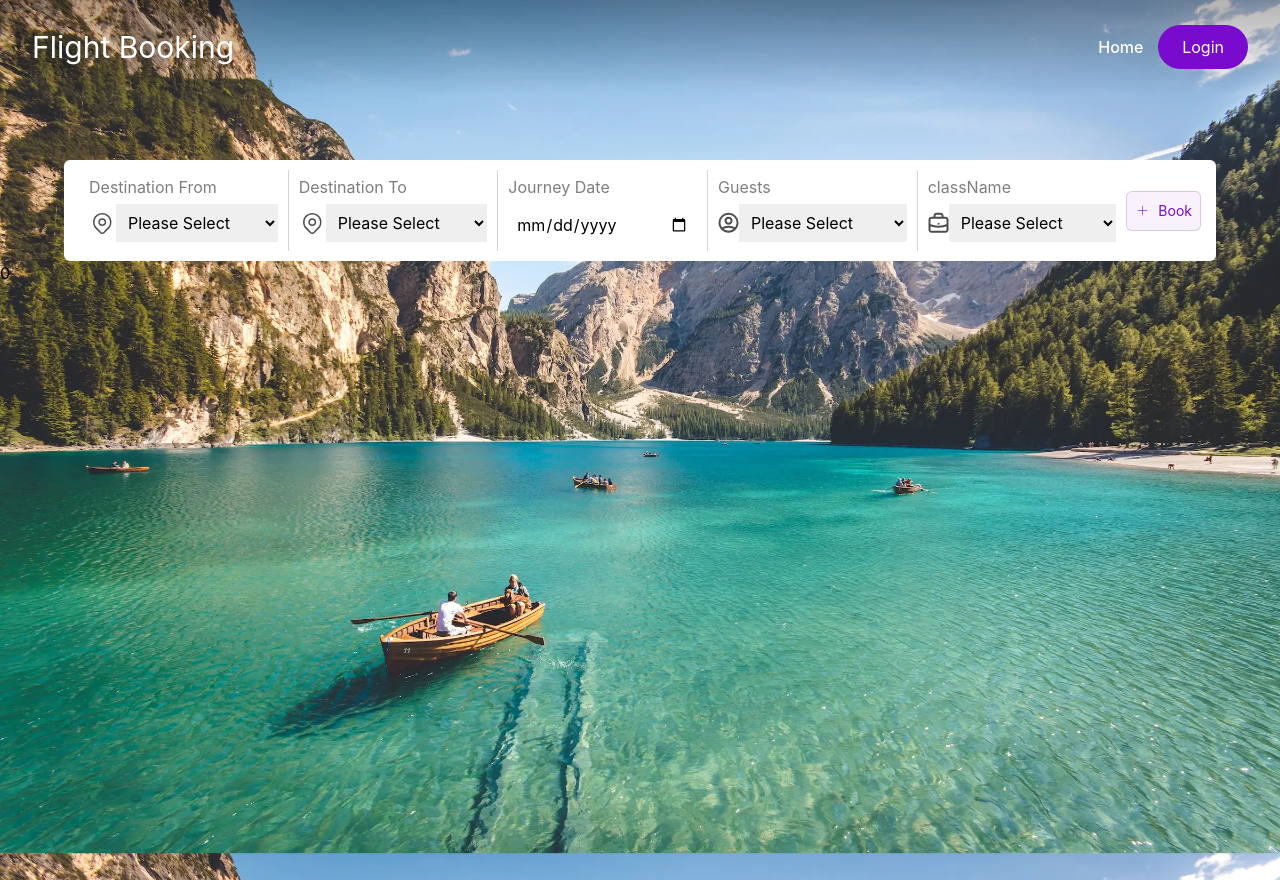
Repository: Wahid137/flight-booking-redux
Page: /
The author's editor kept a copy of each file at every save. The page is drawn from the files as they stood at one save, then again after the next save.
The browser window is 1280 px wide. The pictures show the whole page.
Backgrounds fixed to the window are drawn as part of the page. Some web libraries are served in a nearby version. The project was rebuilt for these pictures with package versions that can differ from the ones it lists, and the page was loaded fresh each time. Also part of the build but not shown: vite.config.js, src/components/TableHead.jsx, src/components/TableRow.jsx, src/index.css.

Above is the page before, as saved 2023-11-11 14:56:05.

After the next save:
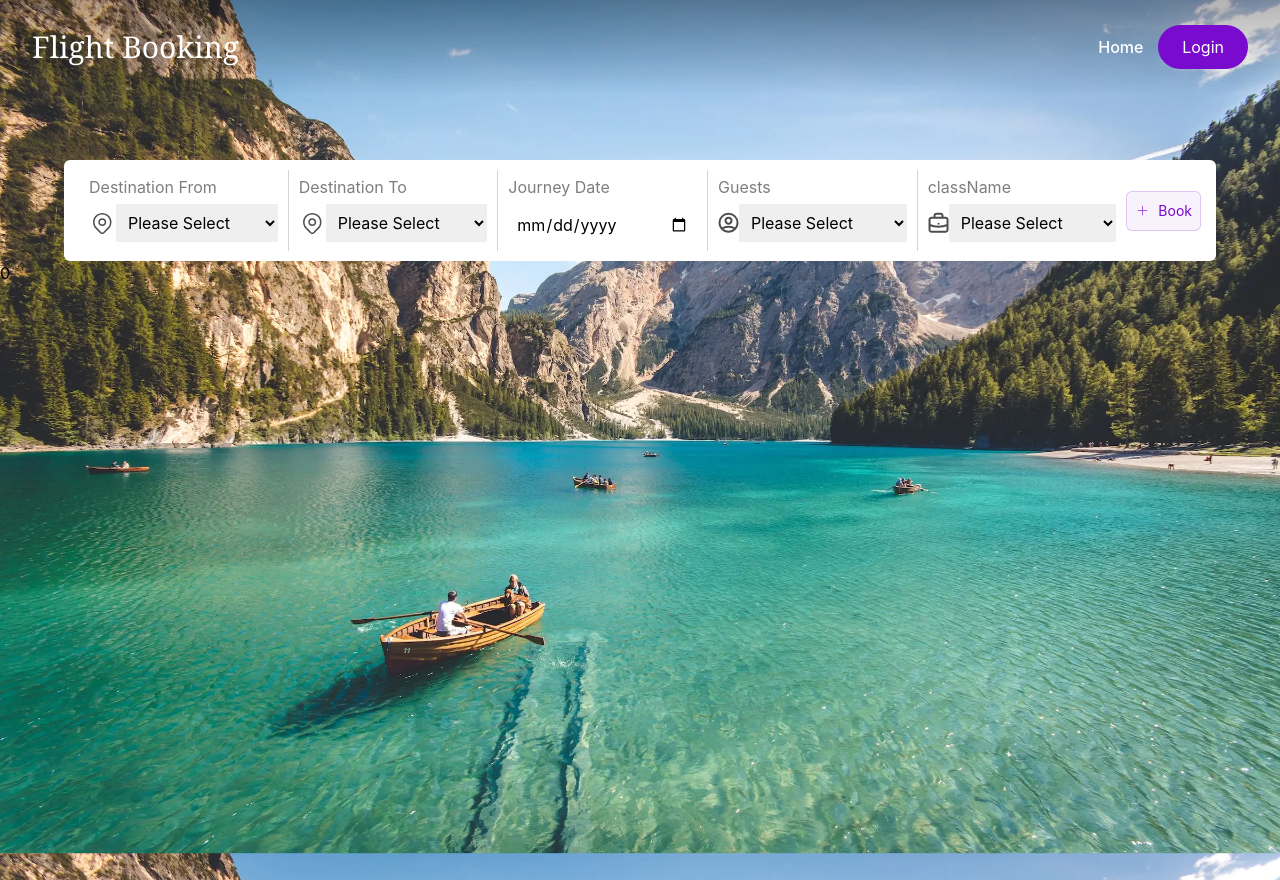
Saved 10 s later.
--- a/src/components/Header.jsx
+++ b/src/components/Header.jsx
@@ -3,7 +3,7 @@ const Header = () => {
     <div>
       <header id="header">
         <div className="container">
-          <h1 className="text-3xl text-white font-">Flight Booking</h1>
+          <h1 className="text-3xl text-white font-serif">Flight Booking</h1>
           <div className="flex items-center">
             <a className="text-white min-w-[50px] font-medium" href="#">
               Home
